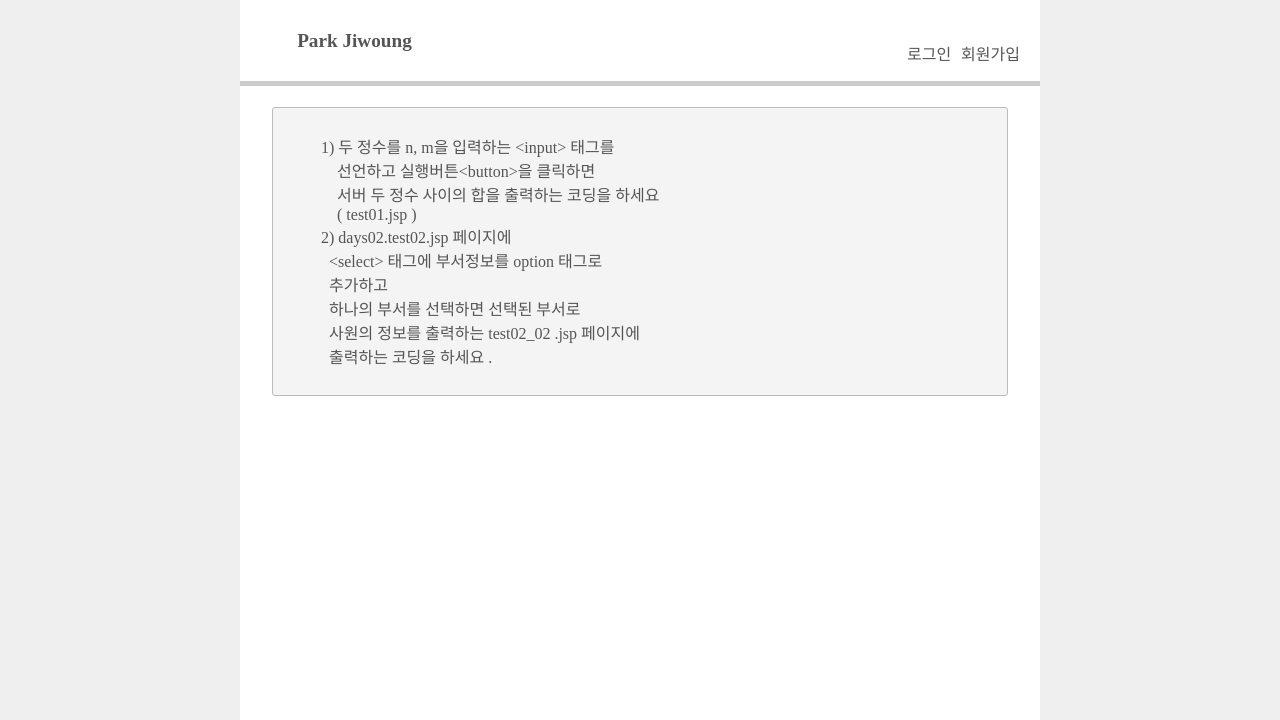
Repository: park-jiwoong/webClass
Page: http://localhost/jspPro/days02/test01.jsp
These files come from the project's save history. The page is drawn as it stood at one moment and after the next save; the edit follows.
The browser window is 1280 px wide. The pictures show the whole page.
Some web fonts or font styles are not loaded; a fallback is used. The page is served by Tomcat 9.

Above is the page before, as saved 2025-05-22 00:13:07.

After the next save:
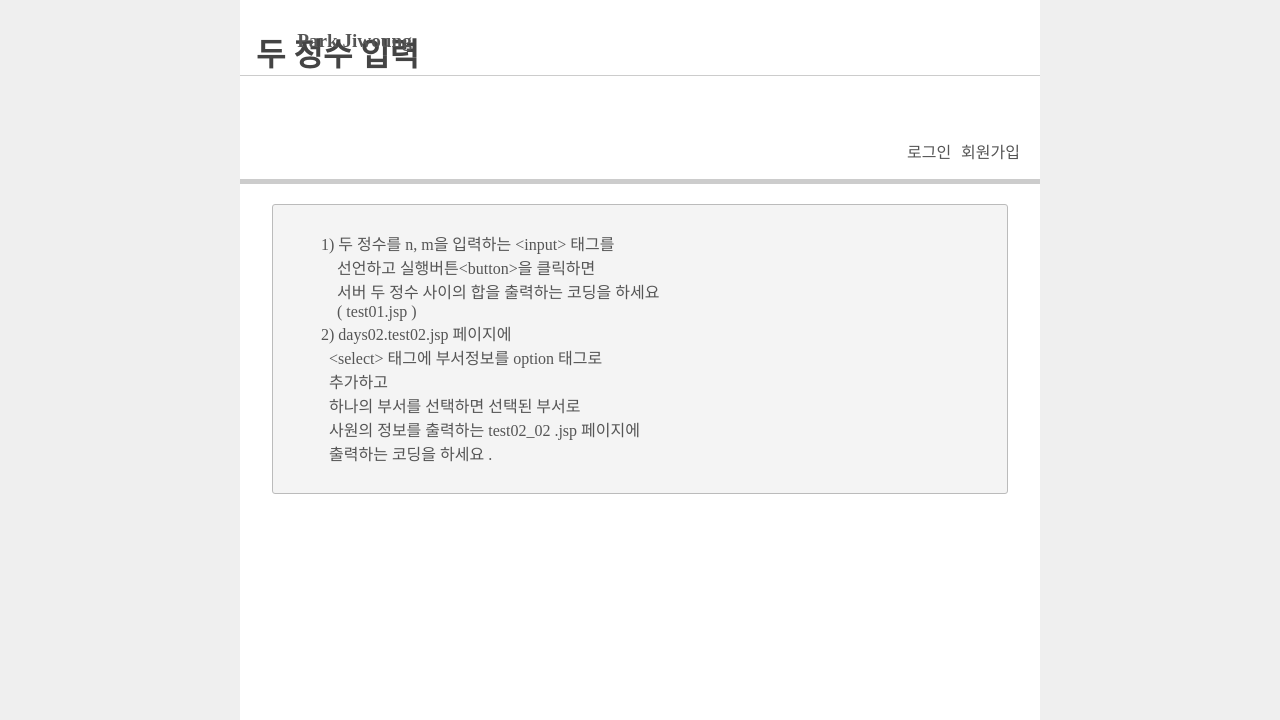
Saved 111 s later.
--- a/webPro/src/main/webapp/JSPClass/jspPro/src/main/webapp/days02/test01.jsp
+++ b/webPro/src/main/webapp/JSPClass/jspPro/src/main/webapp/days02/test01.jsp
@@ -16,6 +16,7 @@
 	</style>
 </head>
 <body>
+	<h1>두 정수 입력</h1>
 <header>
     <h1 class="main"><a href="#" style="position: absolute;top:30px;">Park Jiwoung</a></h1>
     <ul>
